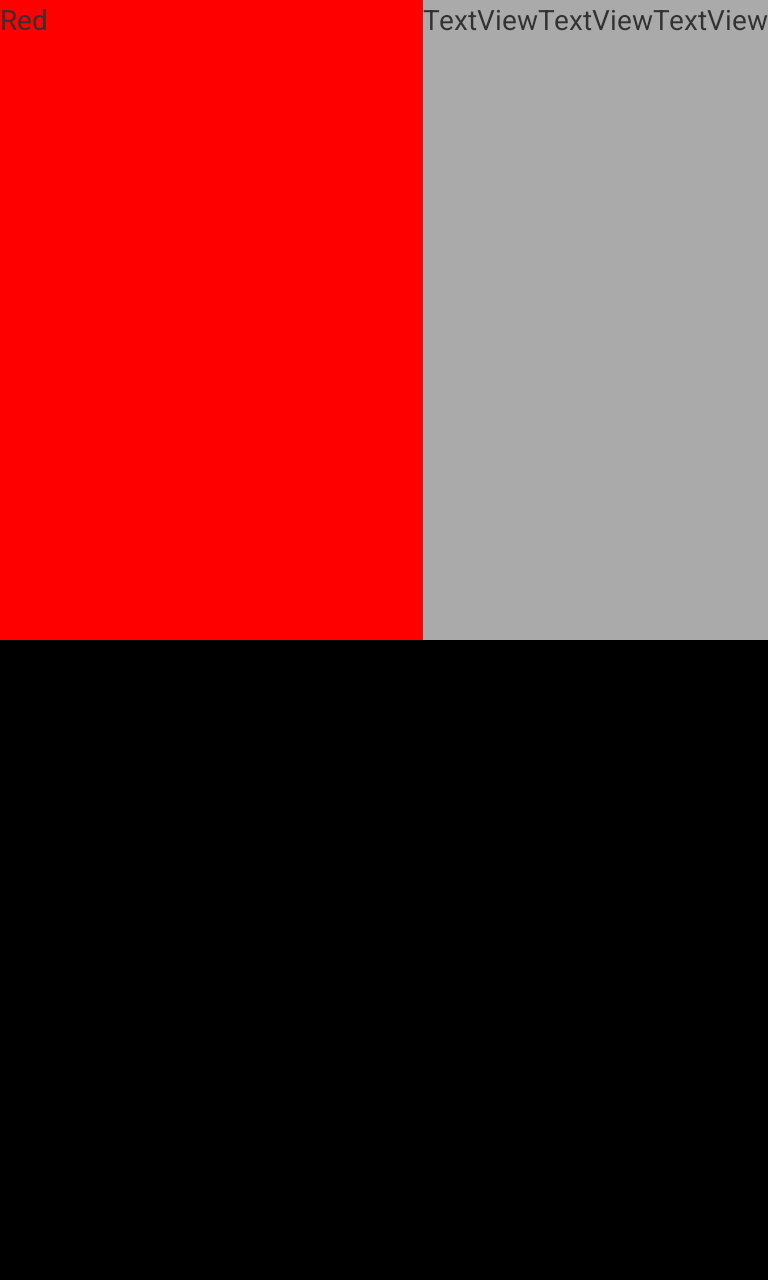
Repository: LuciferUltraM/workspace-utk
Layout: HelloViews/res/layout/activity_main.xml
These files come from the project's save history. The layout is drawn as it stood at one moment and after the next save; the edit follows.
It is drawn on a 768 x 1280 px phone screen (xhdpi) without system bars, with theme AppTheme; the app's code is not run.

Above is the layout before, as saved 2013-05-22 07:56:21.

### HelloViews/res/layout/activity_main.xml
<LinearLayout xmlns:android="http://schemas.android.com/apk/res/android"
    android:layout_width="fill_parent"
    android:layout_height="fill_parent"
    android:orientation="vertical" >

    <LinearLayout
        android:layout_width="match_parent"
        android:layout_height="match_parent"
        android:layout_weight="1"
        android:background="@android:color/darker_gray"
        android:orientation="horizontal" >

        <TextView
            android:id="@+id/textView1"
            android:layout_width="wrap_content"
            android:layout_height="match_parent"
            android:layout_weight="1"
            android:background="#ff0000"
            android:text="Red" />

        <TextView
            android:id="@+id/textView2"
            android:layout_width="wrap_content"
            android:layout_height="wrap_content"
            android:text="TextView" />

        <TextView
            android:id="@+id/textView3"
            android:layout_width="wrap_content"
            android:layout_height="wrap_content"
            android:text="TextView" />

        <TextView
            android:id="@+id/textView4"
            android:layout_width="wrap_content"
            android:layout_height="wrap_content"
            android:text="TextView" />

    </LinearLayout>

    <LinearLayout
        android:layout_width="match_parent"
        android:layout_height="match_parent"
        android:layout_weight="1"
        android:background="@android:color/black"
        android:orientation="vertical" >

    </LinearLayout>

</LinearLayout>

Loaded but not shown: HelloViews/res/values/styles.xml (common file); HelloViews/res/values-v11/styles.xml (common file); HelloViews/res/values-v14/styles.xml (common file)

After the next save:
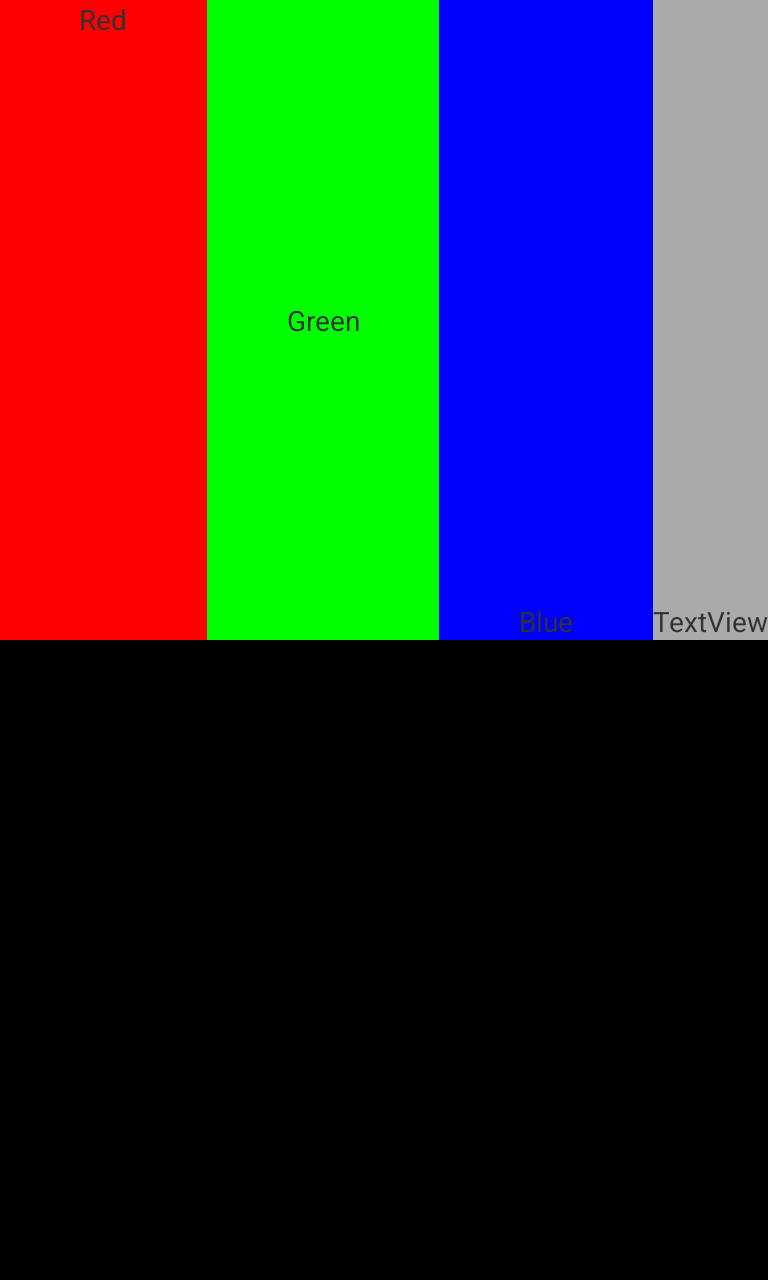
Saved 3 min 45 s later.
--- a/HelloViews/res/layout/activity_main.xml
+++ b/HelloViews/res/layout/activity_main.xml
@@ -16,19 +16,26 @@
             android:layout_height="match_parent"
             android:layout_weight="1"
             android:background="#ff0000"
+            android:gravity="top|center"
             android:text="Red" />
 
         <TextView
             android:id="@+id/textView2"
             android:layout_width="wrap_content"
-            android:layout_height="wrap_content"
-            android:text="TextView" />
+            android:layout_height="match_parent"
+            android:layout_weight="1"
+            android:background="#00ff00"
+            android:gravity="center"
+            android:text="Green" />
 
         <TextView
             android:id="@+id/textView3"
             android:layout_width="wrap_content"
-            android:layout_height="wrap_content"
-            android:text="TextView" />
+            android:layout_height="match_parent"
+            android:layout_weight="1"
+            android:background="#0000ff"
+            android:gravity="bottom|center"
+            android:text="Blue" />
 
         <TextView
             android:id="@+id/textView4"
